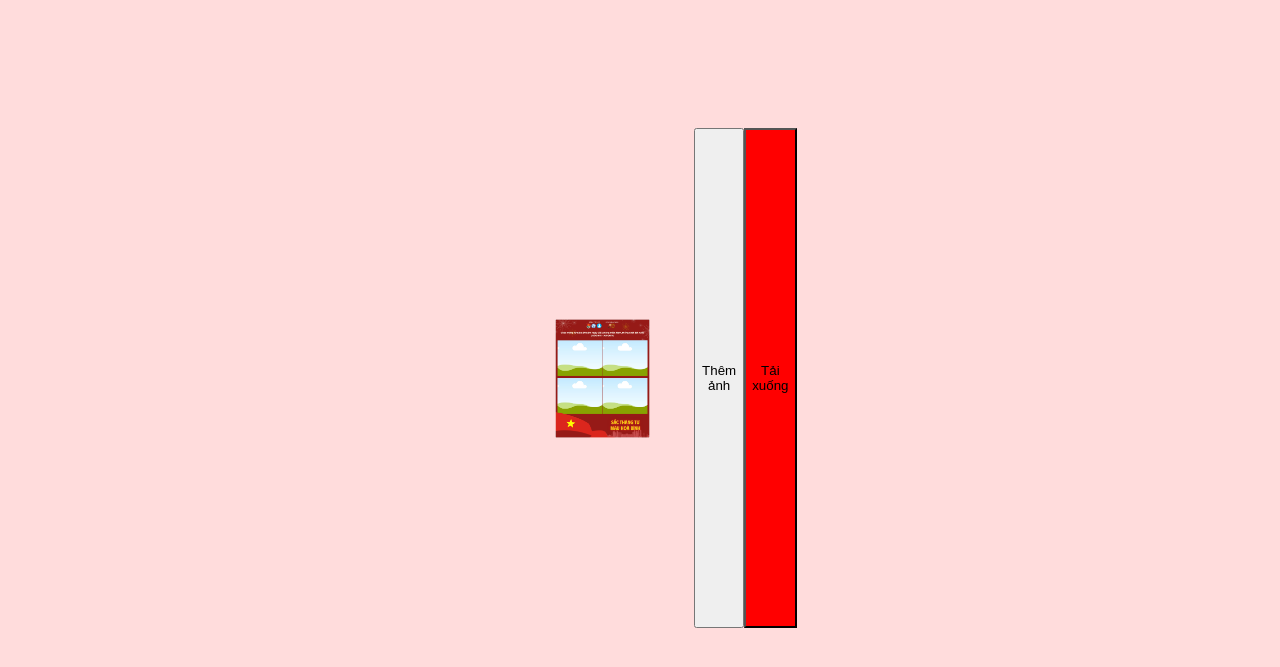
Repository: nguyentambinh/tuoitretdmu
Page: http://localhost/
An editor plug-in stored every save of this project. The page is shown before and after a run of saves, followed by the edit.
The browser window is 1280 px wide. The pictures show the whole page.
The page is run by PHP 8.4 with error messages shown; the project is at /var/www/html/.

Above is the page before, as saved 2025-04-10 12:46:34.

After the next 2 saves:
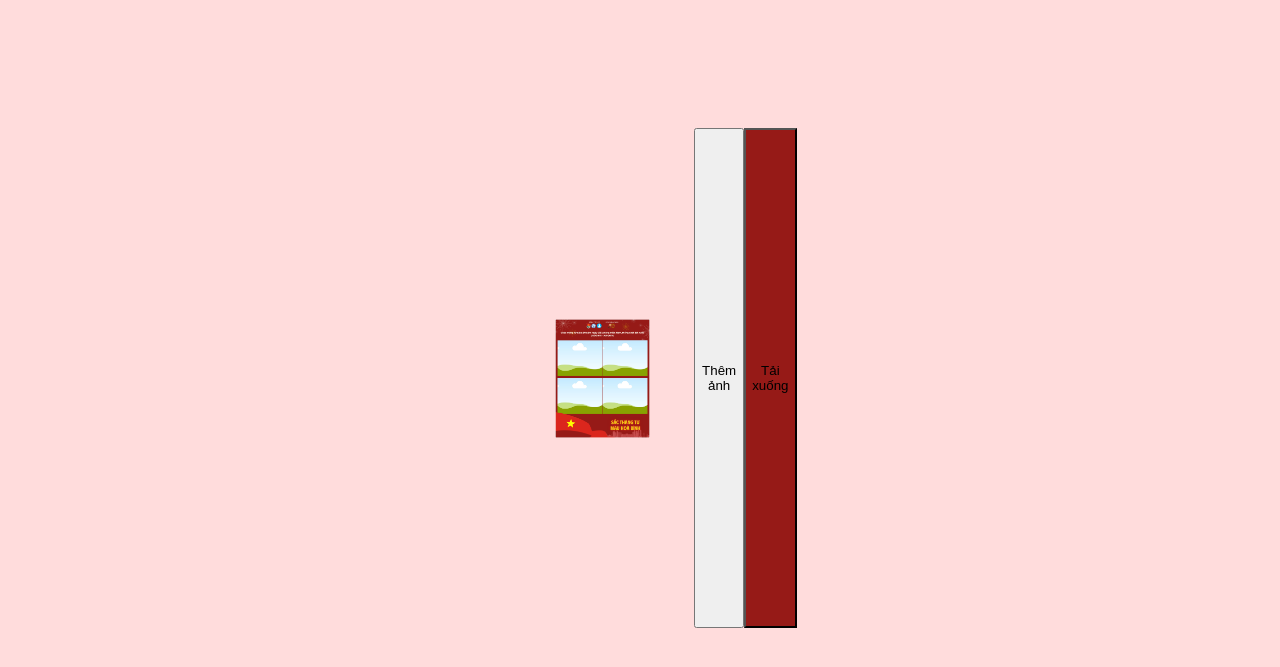
The 2 saves are shown as one change because they came seconds apart.
The last was saved 20 s later.
--- a/main.css
+++ b/main.css
@@ -29,5 +29,6 @@
 
 }
 .btn-dowload-picture{
-    background-color: red;
+    background-color: #961A17;
+
 }
